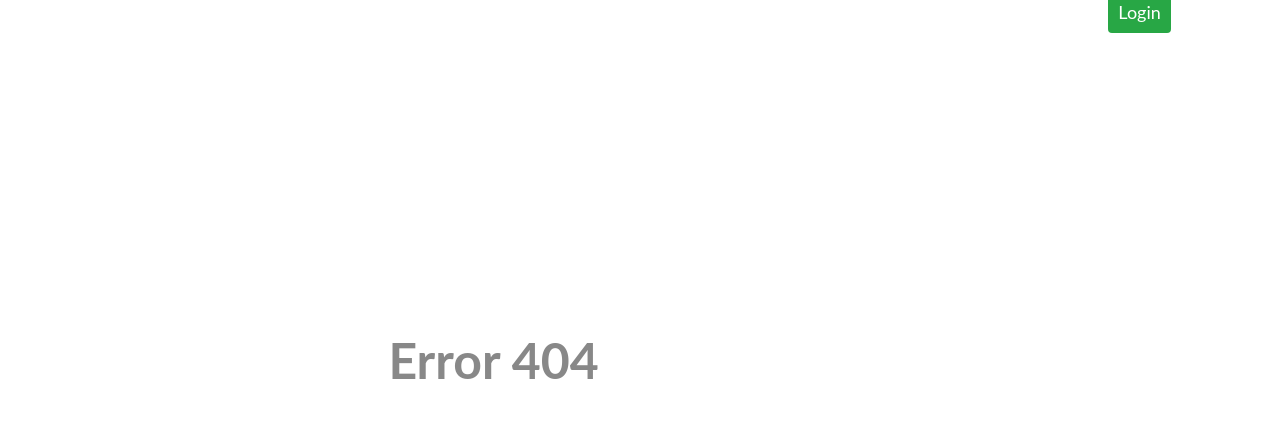
Repository: SavalaramRedkar/SupermarketManagementSystem-Java
Page: http://localhost/Supermarket_Management_System/error.jsp
These files come from the project's save history. The page is drawn as it stood at one moment and after the next save; the edit follows.
The browser window is 1280 px wide. The pictures show the whole page.
The page is served by Tomcat 9.

Above is the page before, as saved 2021-03-14 15:21:36.

After the next save:
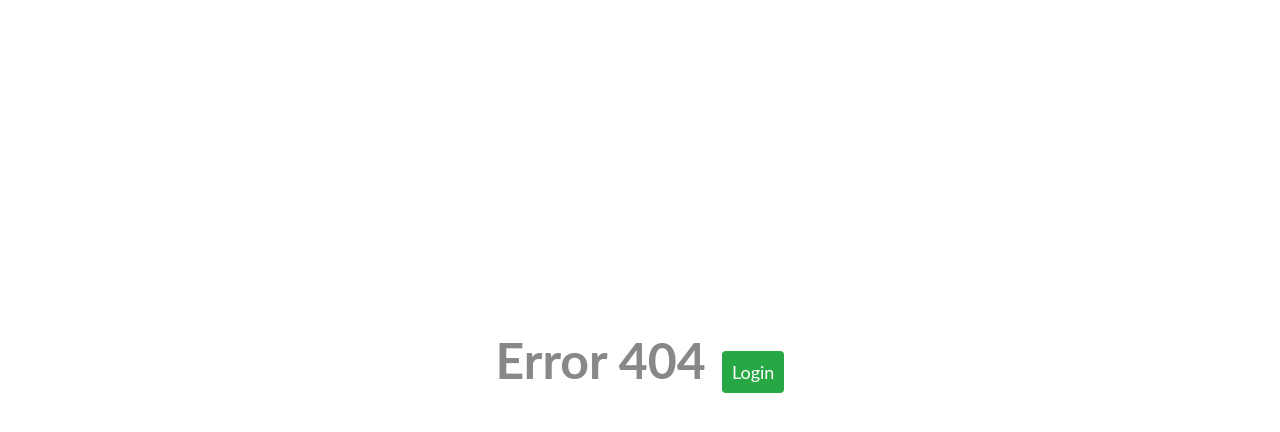
Saved 15 s later.
--- a/Supermarket Management System/WebContent/error.jsp
+++ b/Supermarket Management System/WebContent/error.jsp
@@ -64,8 +64,9 @@ body {
 	<div id="main">
 		<div class="fof">
 			<h1>Error 404</h1>
+					<a class="login" href="login.jsp">Login</a>
+
 		</div>
-		<a class="login" href="login.jsp">Login</a>
 	</div>
 
 </body>
